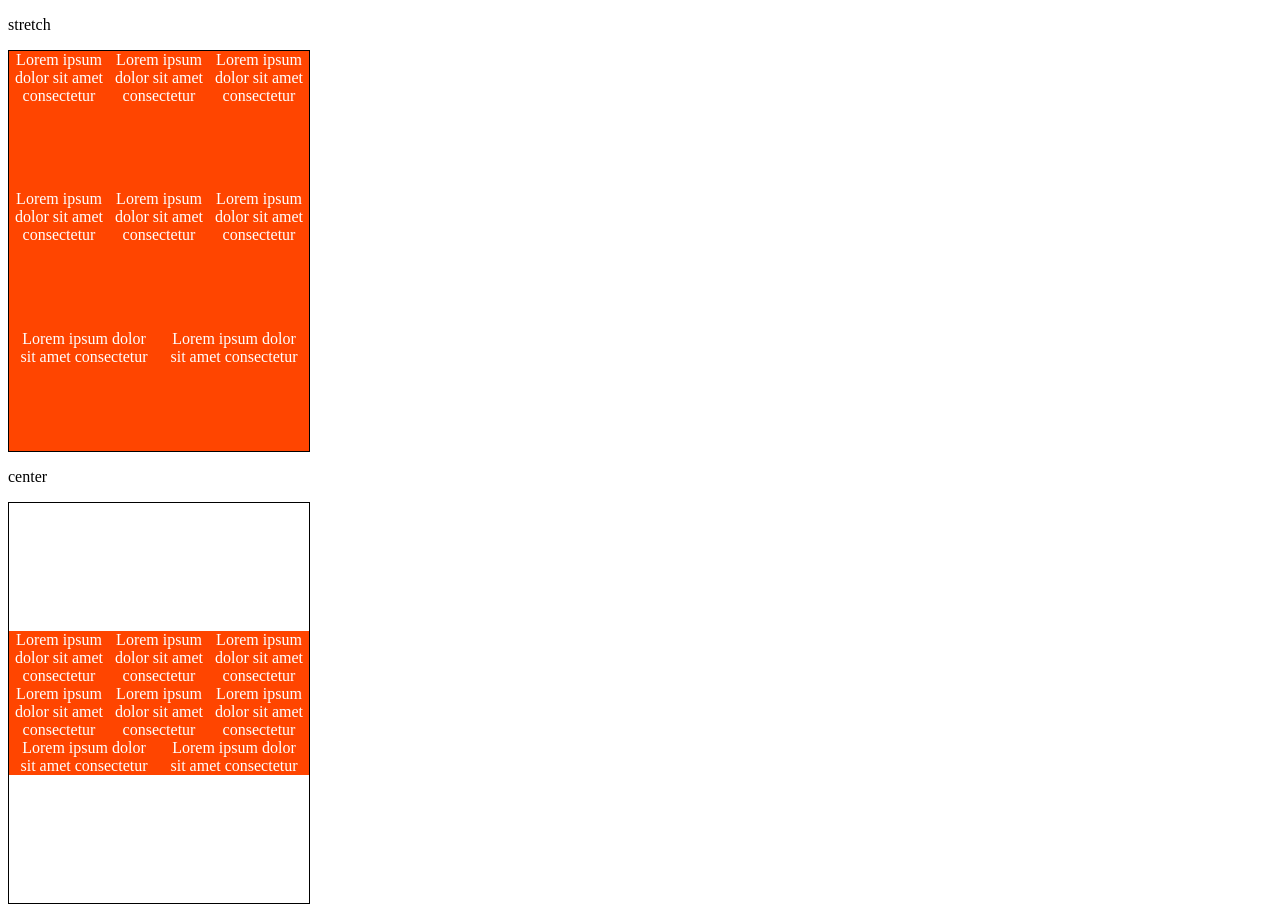
Repository: gabrielbino/projects-dio
Page: Flexbox/@align-content.html
An editor plug-in stored every save of this project. The page is shown before and after the next save, followed by the edit.
The browser window is 1280 px wide. The pictures show the whole page.

Above is the page before, as saved 2021-10-22 18:37:08.

### Flexbox/@align-content.html
<!DOCTYPE html>
<html lang="en">
  <head>
    <meta charset="UTF-8" />
    <meta name="viewport" content="width=device-width, initial-scale=1.0" />
    <title>Fundamentos - align content</title>
    <style>
      .container {
        display: flex;
        max-width: 300px;
        height: 400px;
        flex-wrap: wrap;
        border: 1px solid black;
      }

      .item {
        background-color: orangered;
        color: white;
        padding: 0 5px;
        text-align: center;
        flex: 1;
      }

      .stretch {
        align-content: stretch;
      }

      .center {
        align-content: center;
      }
    </style>
  </head>
  <body>
    <p>stretch</p>
    <div class="container stretch">
      <div class="item">Lorem ipsum dolor sit amet consectetur</div>
      <div class="item">Lorem ipsum dolor sit amet consectetur</div>
      <div class="item">Lorem ipsum dolor sit amet consectetur</div>
      <div class="item">Lorem ipsum dolor sit amet consectetur</div>
      <div class="item">Lorem ipsum dolor sit amet consectetur</div>
      <div class="item">Lorem ipsum dolor sit amet consectetur</div>
      <div class="item">Lorem ipsum dolor sit amet consectetur</div>
      <div class="item">Lorem ipsum dolor sit amet consectetur</div>
    </div>

    <p>center</p>
    <div class="container center">
      <div class="item">Lorem ipsum dolor sit amet consectetur</div>
      <div class="item">Lorem ipsum dolor sit amet consectetur</div>
      <div class="item">Lorem ipsum dolor sit amet consectetur</div>
      <div class="item">Lorem ipsum dolor sit amet consectetur</div>
      <div class="item">Lorem ipsum dolor sit amet consectetur</div>
      <div class="item">Lorem ipsum dolor sit amet consectetur</div>
      <div class="item">Lorem ipsum dolor sit amet consectetur</div>
      <div class="item">Lorem ipsum dolor sit amet consectetur</div>
    </div>
  </body>
</html>

After the next save:
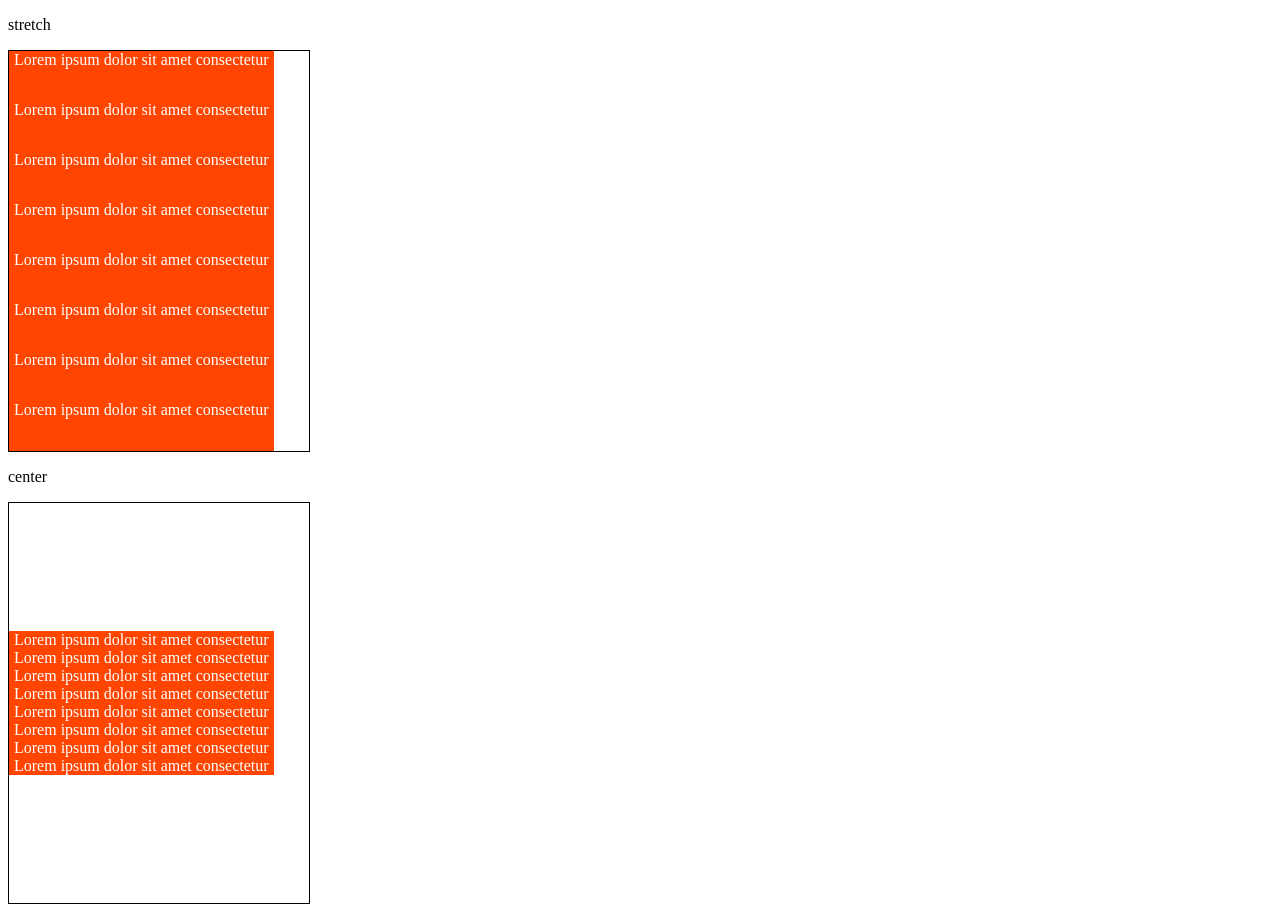
Saved 25 s later.
--- a/Flexbox/@align-content.html
+++ b/Flexbox/@align-content.html
@@ -18,11 +18,11 @@
         color: white;
         padding: 0 5px;
         text-align: center;
-        flex: 1;
       }
 
       .stretch {
         align-content: stretch;
+        flex: 1;
       }
 
       .center {

After the save that followed:
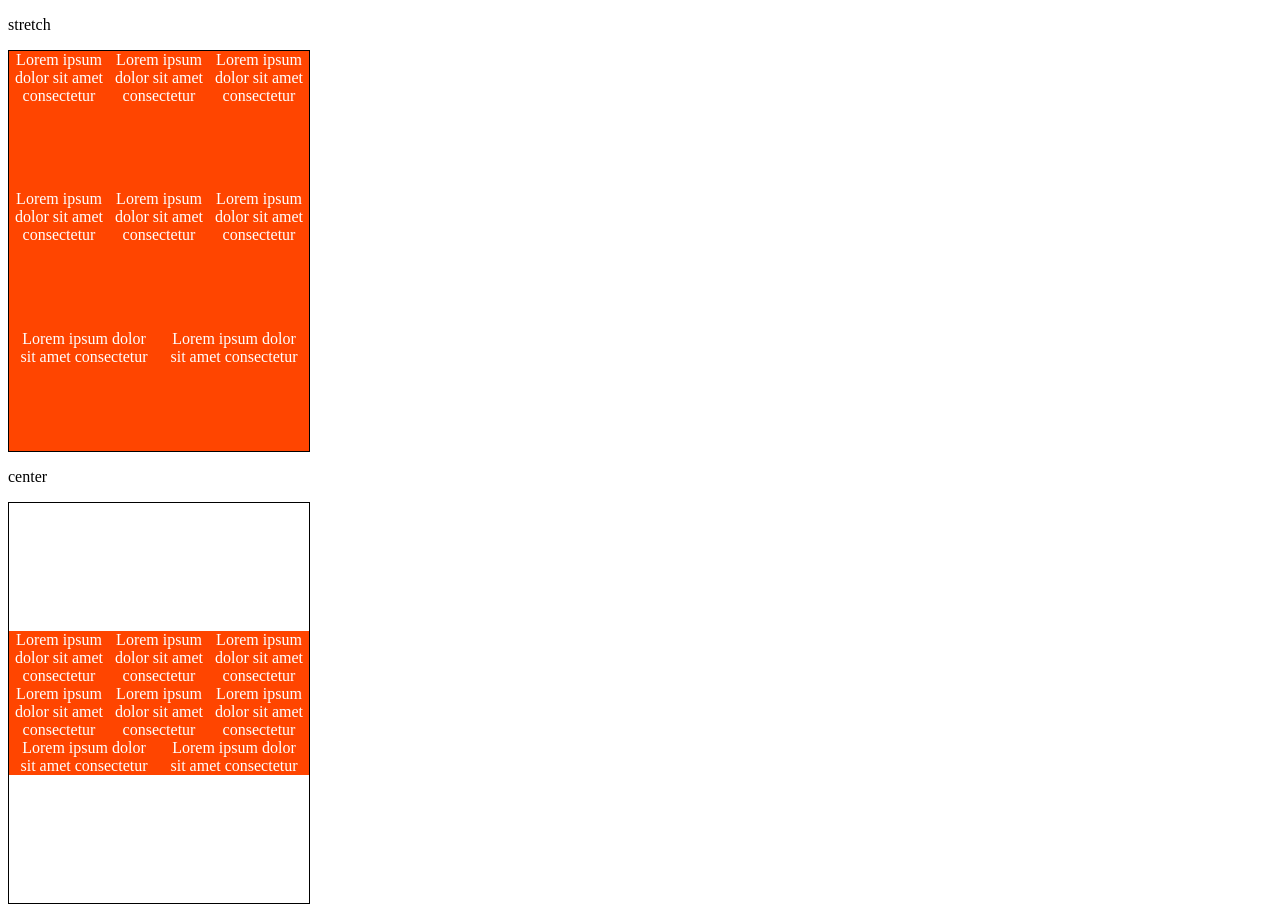
Saved 13 s later.
--- a/Flexbox/@align-content.html
+++ b/Flexbox/@align-content.html
@@ -18,11 +18,12 @@
         color: white;
         padding: 0 5px;
         text-align: center;
+        flex: 1;
       }
 
       .stretch {
         align-content: stretch;
-        flex: 1;
+        gap: 1;
       }
 
       .center {
